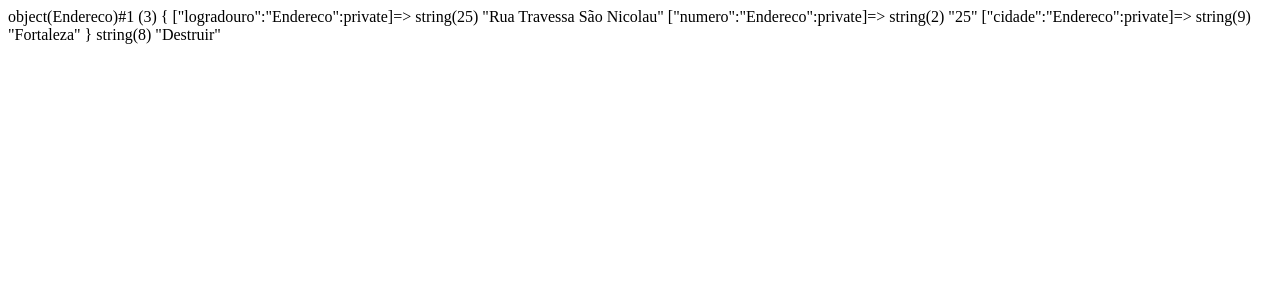
Repository: JeffersonDomingos/estudoPHP
Page: http://localhost/Endereco.php
An editor plug-in stored every save of this project. The page is shown before and after the next save, followed by the edit.
The browser window is 1280 px wide. The pictures show the whole page.
The page is run by PHP 8.4 with error messages shown; the project is at /var/www/html/.

Above is the page before, as saved 2024-02-21 20:48:59.

### listaExercicio/POO/Endereco.php
<?php

class Endereco {

  private $logradouro;
  private $numero;
  private $cidade;

  public function __construct($a, $b, $c){

      $this->logradouro = $a;
      $this->numero = $b;
      $this->cidade = $c;

  }

  public function __destruct(){

      var_dump("Destruir");

  }

  public function __toString(){

      return $this->logradouro.", ". $this->numero." - ".$this->cidade;

  }

}


$meuEndereco = new Endereco("Rua Travessa São Nicolau", "25", "Fortaleza");

var_dump($meuEndereco);

unset($meuEndereco);

?>

After the next save:
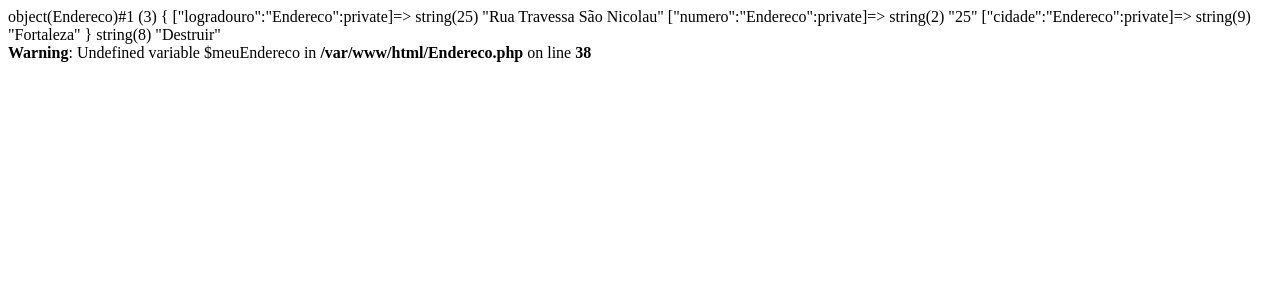
Saved 73 s later.
--- a/listaExercicio/POO/Endereco.php
+++ b/listaExercicio/POO/Endereco.php
@@ -35,4 +35,6 @@
 
 unset($meuEndereco);
 
+echo $meuEndereco;
+
 ?>

After the save that followed:
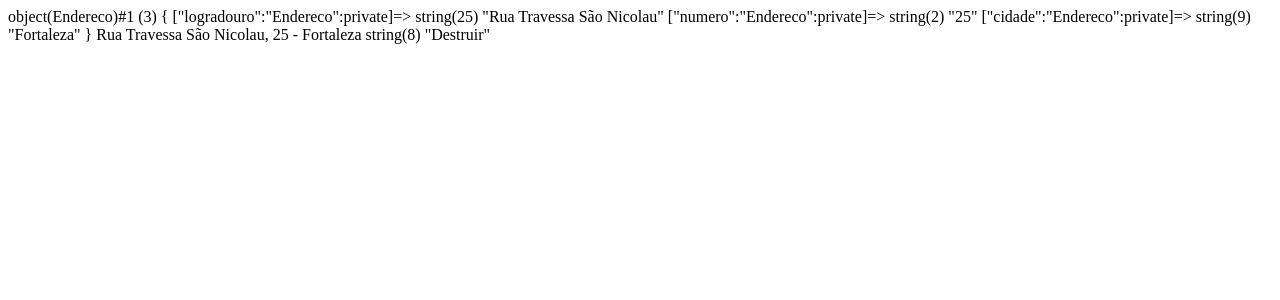
Saved 27 s later.
--- a/listaExercicio/POO/Endereco.php
+++ b/listaExercicio/POO/Endereco.php
@@ -33,7 +33,7 @@
 
 var_dump($meuEndereco);
 
-unset($meuEndereco);
+// unset($meuEndereco);
 
 echo $meuEndereco;
 
